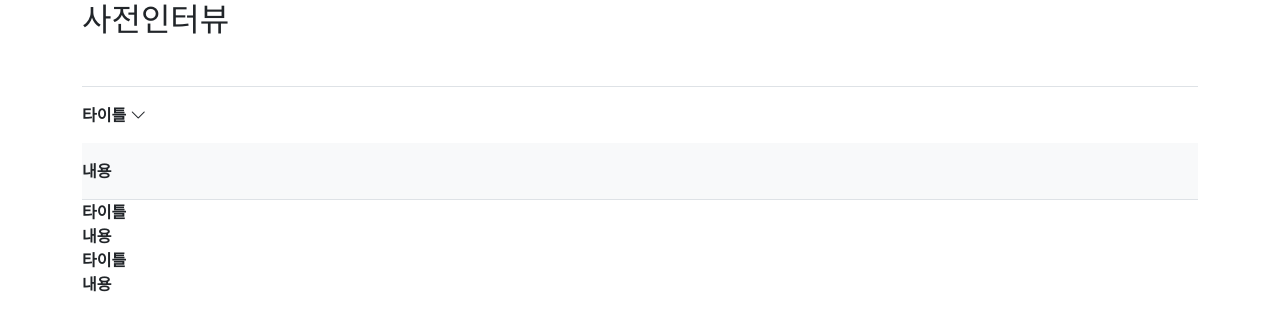
Repository: shin-eekk/js_study
Page: faq.html
The author's editor kept a copy of each file at every save. The page is drawn from the files as they stood at one save, then again after a run of saves.
The browser window is 1280 px wide. The pictures show the whole page.
The style sheet was rebuilt from its Sass, Less or Tailwind sources for each picture, by a compiler version that may differ from the author's.

Above is the page before, as saved 2025-03-12 10:11:05.

### faq.html
<!DOCTYPE html>
<html lang="en">
<head>
    <meta charset="UTF-8">
    <meta name="viewport" content="width=device-width, initial-scale=1.0">
    <title>Document</title>
    <link rel="stylesheet" href="https://cdn.jsdelivr.net/npm/reset-css@5.0.2/reset.min.css">
    <link href="https://cdn.jsdelivr.net/npm/bootstrap@5.3.3/dist/css/bootstrap.min.css" rel="stylesheet" integrity="sha384-QWTKZyjpPEjISv5WaRU9OFeRpok6YctnYmDr5pNlyT2bRjXh0JMhjY6hW+ALEwIH" crossorigin="anonymous">
    <link rel="stylesheet" href="https://cdn.jsdelivr.net/npm/bootstrap-icons@1.11.3/font/bootstrap-icons.min.css">
    <link rel="stylesheet" href="./scss/faq.min.css">
    <script src="./js/faq.js"></script>
</head>
<body>
    <section id="faq" class="section">
        <div class="container d-flex gap-5 flex-column justify-content-center">
            <h2>사전인터뷰</h2>
            <dl>
                <dt class="border-top py-3">
                    <strong>타이틀</strong>
                    <i class="bi bi-chevron-down"></i>
                </dt>
                <dt class="border-bottom py-3 bg-light">내용</dt>
                <dt>타이틀</dt>
                <dt>내용</dt>
                <dt>타이틀</dt>
                <dt>내용</dt>
            </dl>

        </div>
    </section>
</body>
</html>

### js/faq.js
window.addEventListener("DOMContentLoaded",()=>{
    const faq = [
        {
        dt: "제품이 문제가 있을 때 해결 방법입니다",
        dd: "이렇게 저렇게 요렇게 이렇게 저렇게 | 요렇게이렇게 저렇게 요렇게 |이렇게 저렇게 요렇게하세요"
        },
        {
        dt: "배송에 문제가 생겼어요",
        dd: "이렇게 저렇게 요렇게 이렇게 저렇게 | 요렇게이렇게 저렇게 요렇게 |이렇게 저렇게 요렇게하세요"
        },
        {
        dt: "제품을 교환/환불하고 싶어요",
        dd: "이렇게 저렇게 요렇게 이렇게 저렇게 | 요렇게이렇게 저렇게 요렇게 |이렇게 저렇게 요렇게하세요"
        },
        {
        dt: "제품이 문제가 있을 때 해결 방법입니다",
        dd: "이렇게 저렇게 요렇게 이렇게 저렇게 | 요렇게이렇게 저렇게 요렇게 |이렇게 저렇게 요렇게하세요"
        },
        {
        dt: "제품이 문제가 있을 때 해결 방법입니다",
        dd: "이렇게 저렇게 요렇게 이렇게 저렇게 | 요렇게이렇게 저렇게 요렇게 |이렇게 저렇게 요렇게하세요"
        },
    ]
})

### scss/faq.scss
p, ul, li, dl, dt, dd, h1, h2, h3{
    margin: 0;
    padding: 0;
}

After the next 5 saves:
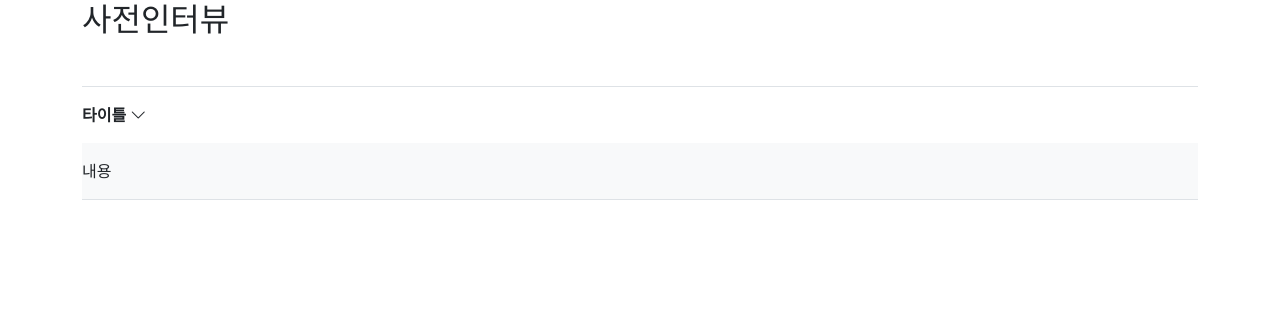
The 5 saves are shown as one change because they came seconds apart.
The last was saved 64 s later.
--- a/faq.html
+++ b/faq.html
@@ -19,11 +19,9 @@
                     <strong>타이틀</strong>
                     <i class="bi bi-chevron-down"></i>
                 </dt>
-                <dt class="border-bottom py-3 bg-light">내용</dt>
-                <dt>타이틀</dt>
-                <dt>내용</dt>
-                <dt>타이틀</dt>
-                <dt>내용</dt>
+                <dd class="border-bottom py-3 bg-light">내용</dd>
+
+
             </dl>
 
         </div>
